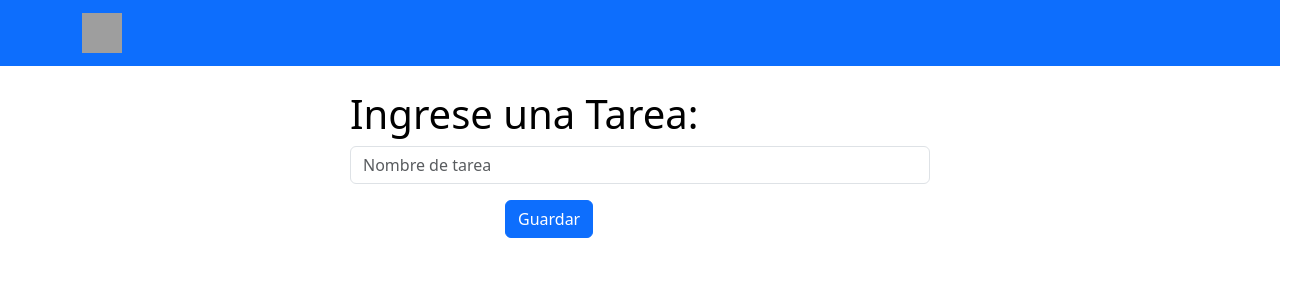
Repository: mgarrido0gb/registroTareas
Page: http://localhost/Tareas/Home
These files come from the project's save history. The page is drawn as it stood at one moment and after the next save; the edit follows.
The browser window is 1280 px wide. The page is 1292 px wide, so the pictures cover 1292 px, including what lies to the right of the window. The pictures show the whole page.
Pictures or frames that could not be fetched are drawn as grey boxes. The page is served by Tomcat 10. Queries for data that is not in the repository find no rows.

Above is the page before, as saved 2024-05-21 16:53:11.

After the next save:
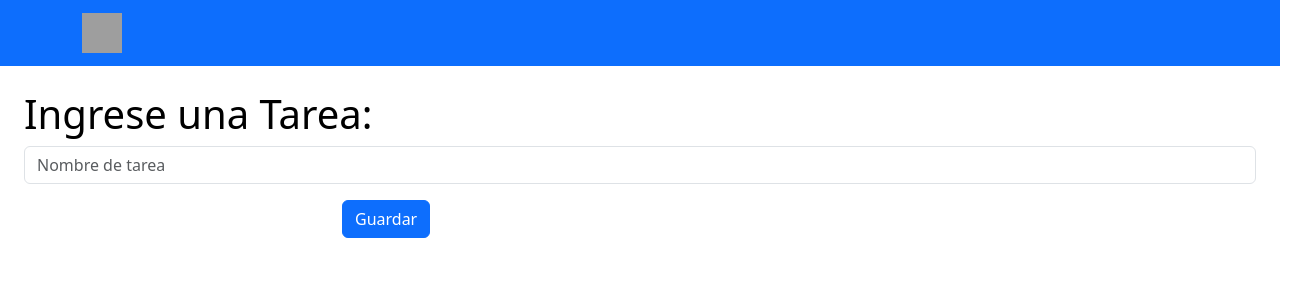
Saved 18 s later.
--- a/Tareas/src/main/webapp/WEB-INF/home.jsp
+++ b/Tareas/src/main/webapp/WEB-INF/home.jsp
@@ -42,7 +42,7 @@
 	</nav>
 
     <div class="row">
-    	<div class="col-3 offset-3 d-block m-auto m-0 col-sm-6">
+    	<div class="col-3 offset-3 d-block m-auto m-0 col-sm">
     		<form action="/Tareas/Home" method="post">
     			<div class="p-4">
     				<h1>Ingrese una Tarea: </h1>
